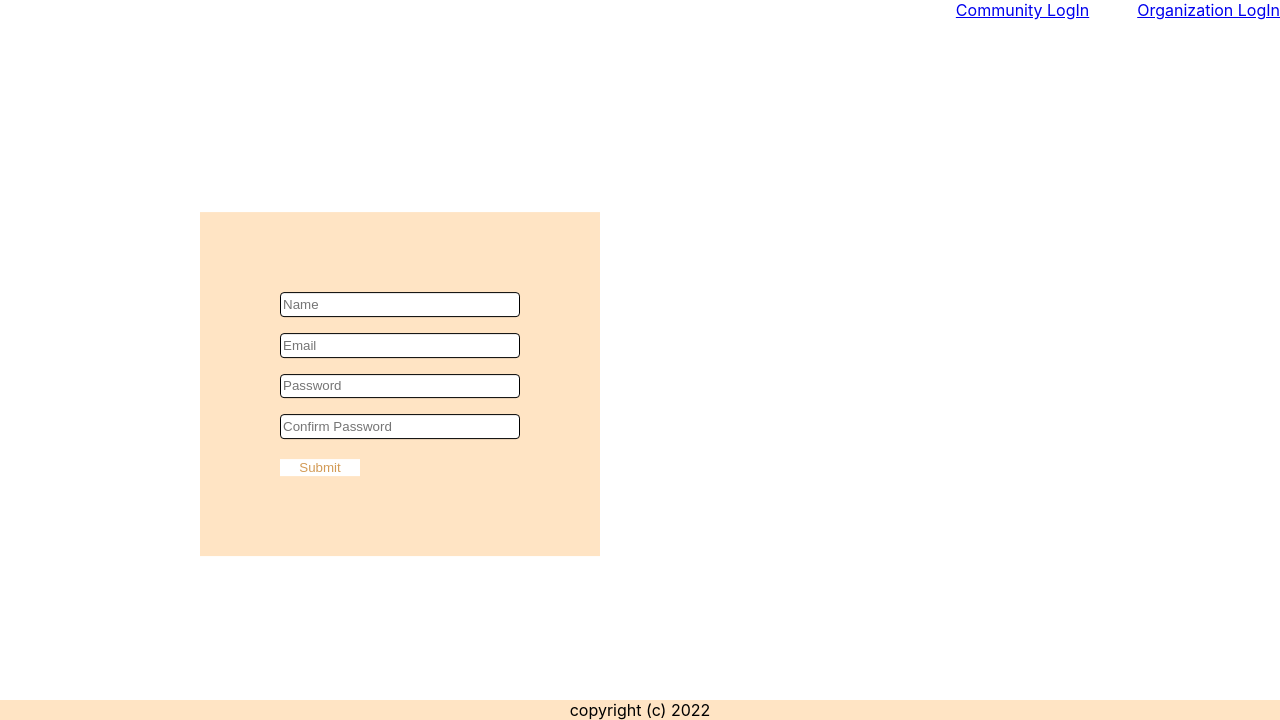
Repository: samuelp244/Ticket-Managment-System
Page: /signup (app in app/)
The author's editor kept a copy of each file at every save. The page is drawn from the files as they stood at one save, then again after the next save.
The browser window is 1280 px wide. The pictures show the whole page.
The project was rebuilt for these pictures with package versions that can differ from the ones it lists, and the page was loaded fresh each time.

Above is the page before, as saved 2022-08-17 18:28:29.

### app/src/App.tsx
import React from 'react';
import { BrowserRouter as Router, Route, Routes} from "react-router-dom"
import Footer from './components/Footer';
import SignUpComm from './components/forms/SignUpComm';

import MainPage from './components/MainPage';


function App() {
  return (
    <div className="">
      {/* <Router>
        <Routes>
          <Route path="/" element={<MainPage/>}></Route>
          <Route path="/signup" element={<SignUpComm/>}></Route>
        </Routes>
      </Router> */}
      <MainPage/>
      <SignUpComm/>
      <Footer/>
    </div>
  );
}

export default App;

### app/src/components/Footer.tsx
import React from 'react'
import './footer.css'

const Footer = () => {
  return (
    <div className="footer">
      copyright (c) 2022
    </div>
  )
}

export default Footer

### app/src/components/forms/SignUpComm.tsx
import React from 'react';
import './SignUpComm.css'

const SignUpComm = () => {
  return (
    <form>
        <div className='details'>
          <input type="text" placeholder='Name'/>
          {/* <select name="account type" id="acct-type">
              <option value="customer">Individual</option>
              <option value="root-user">Organization</option>
          </select> */}
          <input type="email" placeholder='Email' required/>
          <input type="password" placeholder='Password' required/>
          <input type="password" placeholder='Confirm Password' required/>
        </div>
        <button type="submit">Submit</button>

    </form>
  )
}

export default SignUpComm

### app/src/components/MainPage.tsx
import React from 'react'
import './MainPage.css'
const MainPage = () => {
  return (
    <div className="main-page">
      <a href="#signupC">Community LogIn</a>

      <a href="#signupO">Organization LogIn</a>
    </div>
  )
}

export default MainPage;

### app/src/components/footer.css
.footer{
    width: 100%;
    max-height: max-content;
    position: fixed;
    align-items: center;
    text-align: center;
    bottom: 0;
    background-color: bisque;
}

### app/src/components/forms/SignUpComm.css
form{
    margin-top: 20px;
    padding: 5rem;
    width: 15rem;
    display: flex;
    flex-direction: column;
    background-color: bisque;
    top: 50%;
    left: 50%;
    transform: translate(50%, 50%);
}

.details{
    display: flex;
    flex-direction: column;
    row-gap: 1rem;

}

button{
    margin-top: 20px;
    width: 5rem;
    color: rgb(211, 155, 86);
    background-color: white;
    border: none;

}

input{
    border: 1px solid ;
    height: 1.3rem;
    border-radius: 4px;
}

### app/src/components/MainPage.css
.main-page {
    display: flex;
    flex-direction:row;
    justify-content: right;
    column-gap: 3rem;
    align-items: center;
}

Loaded but not shown: app/public/index.html (common file); app/src/index.tsx (common file); app/src/index.css (common file)

After the next save:
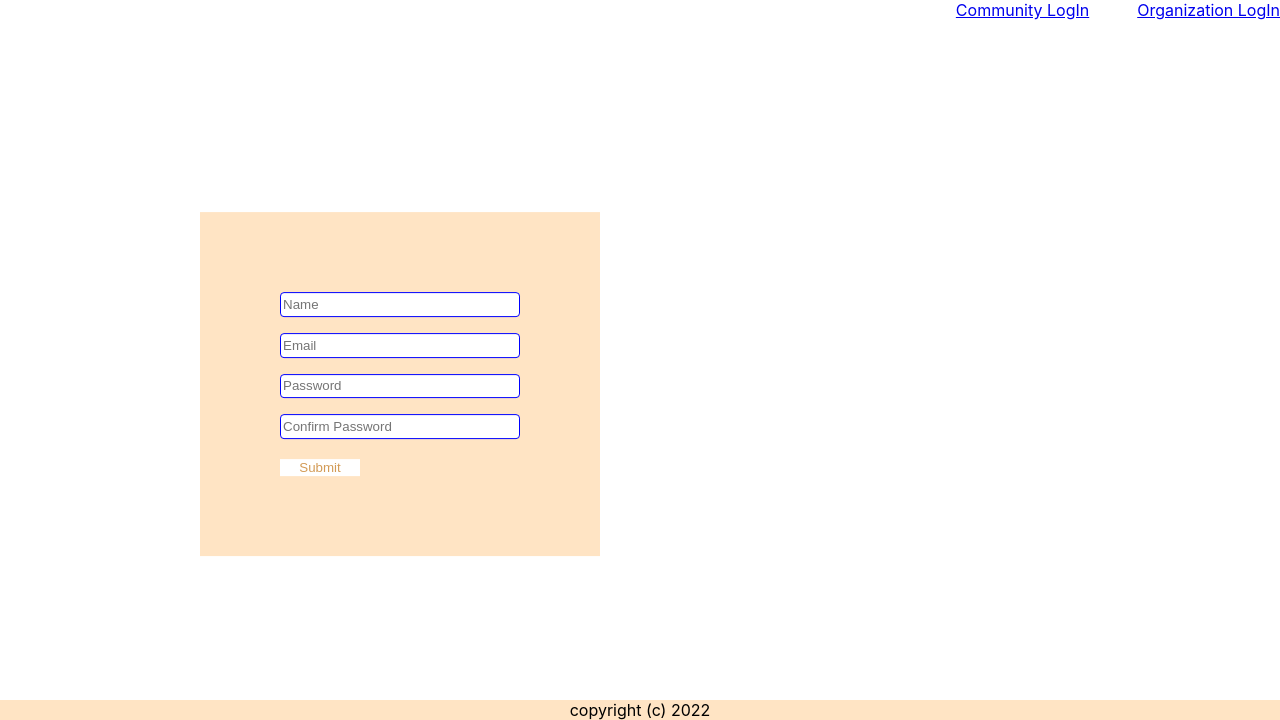
Saved 4 s later.
--- a/app/src/components/forms/SignUpComm.css
+++ b/app/src/components/forms/SignUpComm.css
@@ -27,7 +27,7 @@ button{
 }
 
 input{
-    border: 1px solid ;
+    border: 1px solid blue;
     height: 1.3rem;
     border-radius: 4px;
 }
